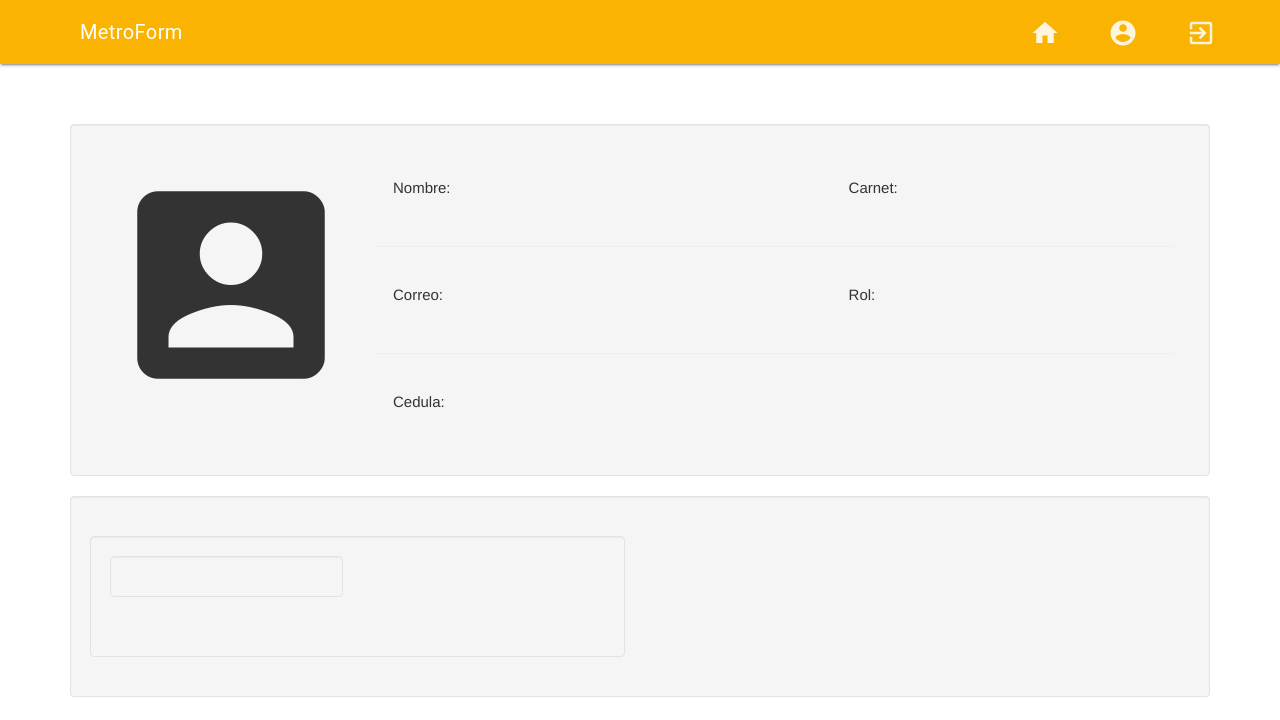
Repository: rodolfofranco/Metroform
Page: Vistas/Usuario.html
The author's editor kept a record of every edit. The page is drawn from the files as they stood at one moment, then again after the next edit.
The browser window is 1280 px wide. The pictures show the whole page.
The page's requests for data from a server got no answer. Some web libraries are served in a nearby version.

Above is the page before.

After the next edit:
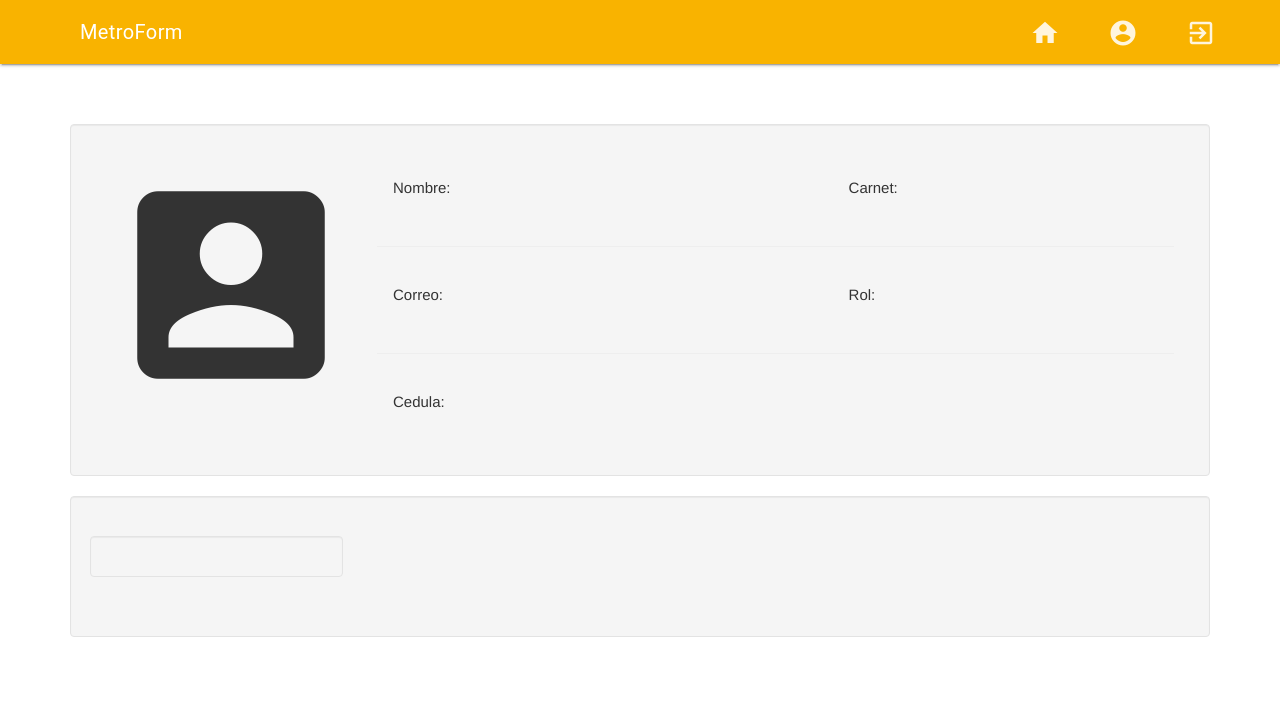
The edit:
--- a/Vistas/Usuario.html
+++ b/Vistas/Usuario.html
@@ -129,8 +129,7 @@
               </table>
 
               <br>
-        <div class="well">
-        <center>
+
           <div class="row">
             <div class="col-sm-6" >
               <div id="titulo">
